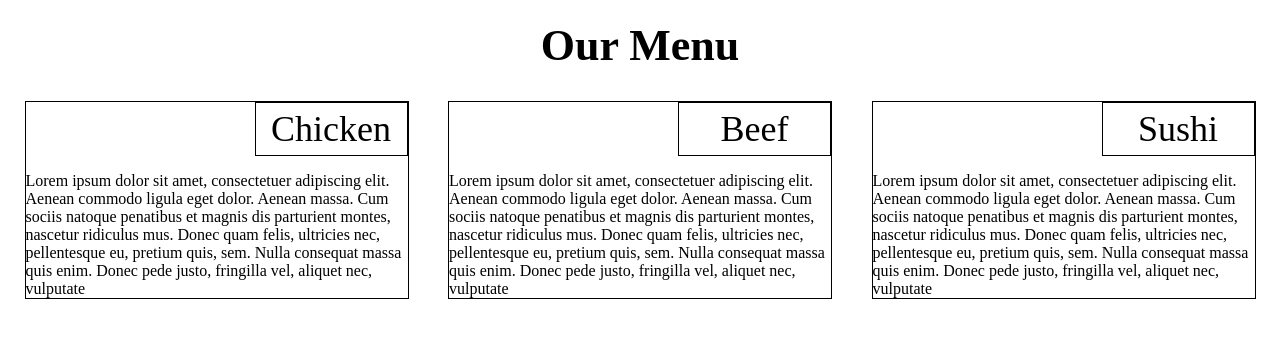
Repository: Normandy72/module2-solution
Page: index.html
An editor plug-in stored every save of this project. The page is shown before and after the next save, followed by the edit.
The browser window is 1280 px wide. The pictures show the whole page.
Some web fonts or font styles are not loaded; a fallback is used.

Above is the page before, as saved 2022-12-05 15:09:39.

### index.html
<!DOCTYPE html>
<html lang="en">
<head>
    <meta charset="UTF-8">
    <meta http-equiv="X-UA-Compatible" content="IE=edge">
    <meta name="viewport" content="width=device-width, initial-scale=1.0">
    <title>Our menu</title>
    <link href="https://fonts.googleapis.com/css2?family=Comic+Neue:ital,wght@0,300;0,400;0,700;1,300;1,400;1,700&family=Roboto:ital,wght@0,100;0,300;0,400;0,500;0,700;0,900;1,100;1,300;1,400;1,500;1,700;1,900&display=swap" rel="stylesheet">
    <link rel="stylesheet" href="styles/style.css">
</head>
<body>
    <h1>Our Menu</h1>
    <div class="wrapper">
        <div class="card">
            <div class="card__name">Chicken</div>
            <p class="card__text">Lorem ipsum dolor sit amet, consectetuer adipiscing elit. Aenean commodo ligula eget dolor. Aenean massa. Cum sociis natoque penatibus et magnis dis parturient montes, nascetur ridiculus mus. Donec quam felis, ultricies nec, pellentesque eu, pretium quis, sem. Nulla consequat massa quis enim. Donec pede justo, fringilla vel, aliquet nec, vulputate</p>
        </div>
        <div class="card">
            <div class="card__name">Beef</div>
            <p class="card__text">Lorem ipsum dolor sit amet, consectetuer adipiscing elit. Aenean commodo ligula eget dolor. Aenean massa. Cum sociis natoque penatibus et magnis dis parturient montes, nascetur ridiculus mus. Donec quam felis, ultricies nec, pellentesque eu, pretium quis, sem. Nulla consequat massa quis enim. Donec pede justo, fringilla vel, aliquet nec, vulputate</p>
        </div>
        <div class="card">
            <div class="card__name">Sushi</div>
            <p class="card__text">Lorem ipsum dolor sit amet, consectetuer adipiscing elit. Aenean commodo ligula eget dolor. Aenean massa. Cum sociis natoque penatibus et magnis dis parturient montes, nascetur ridiculus mus. Donec quam felis, ultricies nec, pellentesque eu, pretium quis, sem. Nulla consequat massa quis enim. Donec pede justo, fringilla vel, aliquet nec, vulputate</p>
        </div>
    </div>
</body>
</html>

### styles/style.css
*{
    font-family: 'Comic Neue', cursive;
    font-size: 10px;

    margin: 0;
    padding: 0;
    box-sizing: border-box;
}

h1{
    font-size: 4.4rem;
    text-align: center;

    padding-top: 20px;
    padding-bottom: 30px;
}

.wrapper{
    display: flex;
    justify-content: space-evenly;
}

.card{
    width: 30%;
    margin: 0 15px 30px;
    position: relative;
    border: 1px solid black;
}

.card__name{
    border: 1px solid black;
    font-size: 3.6rem;
    padding: 5px;
    text-align: center;
    width: 40%;
    position: absolute;
    top: 0;
    right: 0;
}

.card__text{
    font-size: 1.6rem;
    padding-top: 70px;
}

After the next save:
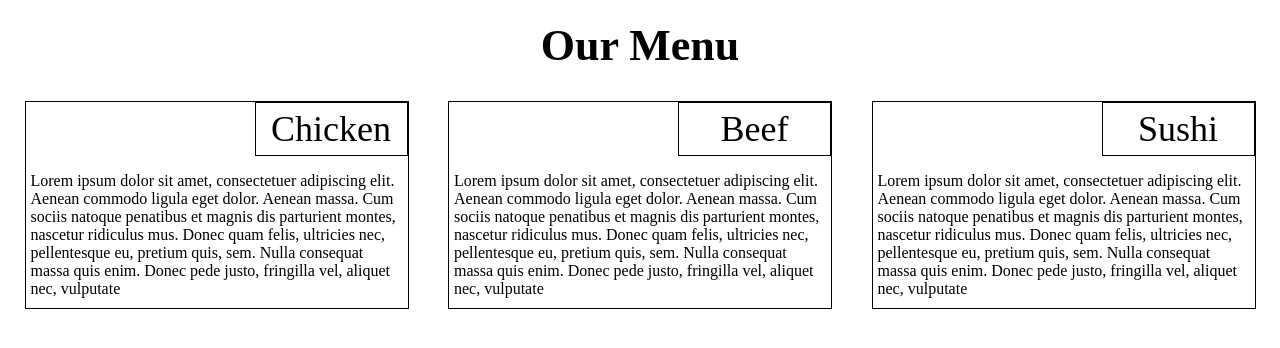
Saved 23 s later.
--- a/styles/style.css
+++ b/styles/style.css
@@ -41,4 +41,5 @@ h1{
 .card__text{
     font-size: 1.6rem;
     padding-top: 70px;
+    padding: 70px 5px 10px;
 }
